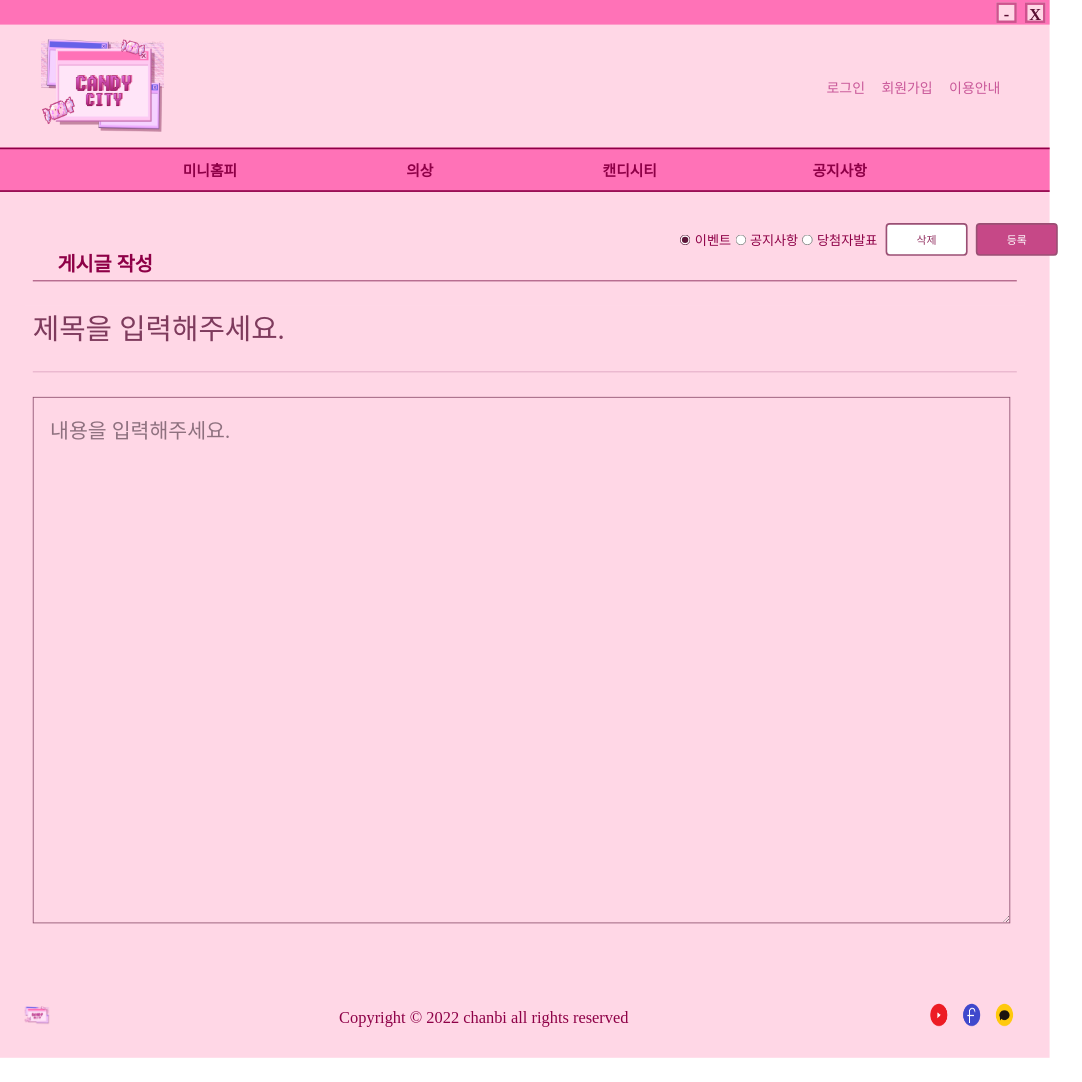
Repository: chanbiM/candyCityProject
Page: http://localhost/CandyCityProj/admin/noticeInsert.jsp
An editor plug-in stored every save of this project. The page is shown before and after the next save, followed by the edit.
The browser window is 1280 px wide. The page is 1320 px wide, so the pictures cover 1320 px, including what lies to the right of the window. The pictures show the whole page, at 82% of full size.
Some web fonts or font styles are not loaded; a fallback is used. The page is served by Tomcat 9. Other server files are loaded and not shown.

Above is the page before, as saved 2022-11-18 13:12:50.

### CandyCityProj/WebContent/admin/noticeInsert.jsp
<%@ page language="java" contentType="text/html; charset=UTF-8"
    pageEncoding="UTF-8"%>
<%@ include file="/header.jsp" %>
<link rel="stylesheet" href="/css/postStyle.css">
        <!-- 게시글 작성-->
        <br>
        <form action="/postInsert" method="get">
            <div class="top">
                <h2>게시글 작성</h2>

                <div class="right">
                    <ul>
                        <li>
                            <input type="radio" value="E" name="type" checked> 이벤트
                            <input type="radio" value="N" name="type" > 공지사항
                            <input type="radio" value="R" name="type" > 당첨자발표
                        </li>
                        <li>
                            <input type="reset" value="삭제">

                        </li>
                        <li>
                            <input type="submit" value="등록">
                        </li>
                    </ul>
                </div>

            </div>
            <hr>
            <input type="text" placeholder="제목을 입력해주세요." name="title">
            <br>
            <hr class="title-line">

            <textarea placeholder="내용을 입력해주세요." name="contents"></textarea>
        </form>
<%@ include file="/footer.jsp" %>

### CandyCityProj/WebContent/header.jsp
<%@page import="vo.MemberVO"%>
<%@ page language="java" contentType="text/html; charset=UTF-8"
	pageEncoding="UTF-8"%>
<!DOCTYPE html>
<html>
<head>
<meta charset="UTF-8">
<title>Candy City</title>
<link rel="stylesheet" href="/css/mainStyle.css">
<script src="/js/jquery-3.1.1.min.js"></script>
</head>
<body>
	<div class="wrapper">
		<!-- 창 바 -->
		<div class="window">
			<button class="widow_btn" id="-_btn">-</button>
			<button class="widow_btn" id="x_btn">X</button>
		</div>

		<header>
			<!-- 로고 -->
			<div class="logo">
				<a href="/index.jsp"><img alt="로고" src="/images/logo.png"></a>
			</div>

			<!-- 기타 메뉴바 -->
			<div class="minimenu">

				<ul>
					<%
						MemberVO vo = (MemberVO) session.getAttribute("loginOK");
						if (vo == null) {
					%>
					<li><a href="/member/login.jsp">로그인</a></li>
					<li><a href="/member/insertMember.jsp">회원가입</a></li>
					<li><a href="#">이용안내</a></li>
					<%
						} else {
					%>
					<li><a href="/member/myPage.jsp"><%=vo.getName()%>님</a></li>
					<li><a href="/logout"> 로그아웃 </a></li>
					<li><a href="/member/myPage.jsp">마이페이지</a></li>
					<li><a href="#">이용안내</a></li>

					<%
						}
					%>
				</ul>

			</div>
		</header>

		<!-- 메뉴바 -->
		<nav>
			<ul class="mainmenu">
				<li><a href="/getHomepiList">미니홈피</a>
					<ul class="submenu">
					<%
						if (vo == null) {
					%>
						<li><a href="/member/login.jsp">내 미니홈피</a></li>
						<li><a href="/getHomepiList">미니홈피 목록</a></li>
					<%
						} else {
					%>

						<li><a href="/GetHomepi?id=<%= vo.getId() %>">내 미니홈피</a></li>
						<li><a href="/getHomepiList">미니홈피 목록</a></li>
					<%
						}
					%>
					</ul></li>

				<li><a href="/character/shop.jsp">의상</a>
					<ul class="submenu">
						<li><a href="/character/character_setting.jsp">내 의상</a></li>
						<li><a href="/character/shop.jsp">의상 상점</a></li>
					</ul></li>

				<li><a href="#">캔디시티</a>
					<ul class="submenu">
					</ul></li>

				<li><a href="#">공지사항</a>
					<ul class="submenu">
						<li><a href="#">이벤트</a></li>
						<li><a href="#">공지사항</a></li>
						<li><a href="#">당첨자 발표</a></li>
					</ul></li>

				<%
					MemberVO adminVo = (MemberVO) session.getAttribute("manager");
					if (adminVo != null) {
				%>
				<li><a href="/member/memberList_admin.jsp">관리자용 메뉴</a>
					<ul class="submenu">
						<li><a href="#">유저 리스트</a></li>
						<li><a href="#">문의글 확인</a></li>
						<li><a href="#">신고글 확인</a></li>
						<li><a href="#">공지사항/이벤트 작성</a></li>
						<li><a href="#">우편 보내기</a></li>
					</ul></li>
			<%
				}
			%>
			</ul>

		</nav>

### CandyCityProj/WebContent/footer.jsp
<%@ page language="java" contentType="text/html; charset=UTF-8"
    pageEncoding="UTF-8"%>
        <!-- 푸터 영역 -->
        <footer>
            <!-- 하단로고 -->
            <div>
                <a href="/index.jsp" class="logo">
                    <img src="/images/logo.png" alt="로고" >
                </a>
            </div>
            <!-- 카피라이트 -->
            <div class="copyright">
                <p> Copyright &copy; 2022 chanbi all rights reserved</p>
            </div>
            <!-- SNS -->
            <div>
                <ul class="sns">
                    <li><a href="https://www.youtube.com/@rorochanbi"><img src="/images/youtube.png" alt="유튜브" height="40"></a></li>
                    <li><a href="#"><img src="/images/facebook.png" alt="페이스북" height="40"></a></li>
                    <li><a href="https://open.kakao.com/o/s1olGebe"><img src="/images/kakao.png" alt="카카오톡" height="40"></a></li>
                </ul>
            </div>
        </footer>
    </div>
	<script src="/js/script.js"></script>
</body>
</html>

### CandyCityProj/WebContent/css/mainStyle.css
@font-face {
    font-family: 'DungGeunMo';
    src: url('https://cdn.jsdelivr.net/gh/projectnoonnu/noonfonts_six@1.2/DungGeunMo.woff') format('woff');
    font-weight: normal;
    font-style: normal;
}
* {
    margin: 0;
    padding: 0;
    list-style: none;
    text-decoration: none;
    color: rgb(19, 0, 1);
    font-family: 'DungGeunMo';
    color: #8e0047;
    -ms-user-select: none;
   -moz-user-select: -moz-none;
   -khtml-user-select: none;
   -webkit-user-select: none;
   user-select: none;
}

.wrapper {
    width: 1280px;
    min-height: 1100px;
    margin: 0 auto;
    background-color: rgb(255, 215, 230);
}

.window {
    width: 100%;
    height: 30px;
    display: flex;
    justify-content: flex-end;
    background-color: #FF72B7;
    align-items: center;
}
.widow_btn {
    width: 25px;
    height: 25px;
    margin: 5px;
    color: #580e32;
    font-weight: bold;
    font-size: 20px;
    background-color: rgb(255, 215, 230);
    border: 3px solid #ce528e;
}

.widow_btn:hover {
    background-color: rgb(203, 164, 178);
    border: 3px solid #953c67;
    cursor: pointer;
    text-align: center;
}

.logo > a {
    display: flex;
}

.logo > a > img {
    width: 150px;
    height: 120px;
    margin: 50px;
    margin-top: 15px;
}

header {
    width: 100%;
    height: 150px;
    display: flex;
    justify-content: space-between;
}

.minimenu {
    width: 1000px;
    display: flex;
    font-size: 17px;
    align-items: center;
    margin-right: 50px;
    justify-content: flex-end;
}

.minimenu ul{
    display: flex;
}

.minimenu ul li {
    margin: 10px;
}

.minimenu ul li:hover {
    font-weight: bold;
}

/*.minimenu ul {
    width: 100%;
    display: flex;
    justify-content: space-evenly;
}*/

.minimenu ul li a{
	color: #c95899;
}

.mainmenu {
    /* 메뉴 요소 4개 가로정렬 */
    width: 1280px;
    display: flex;

    /* 중앙정렬 */
    text-align: center;
    align-items: center;
    justify-content: center;

    background-color: #FF72B7;
    border-top: 2px #8e0047 solid;
    border-bottom: 2px #8e0047 solid;
    position:relative;

}

.mainmenu li {
    width: 20%;
    height: 50px;
}

.mainmenu a {
    display: flex;
    justify-content: center;
    align-items: center;
    width: 100%;
    height: 100%;
    font-size: 18px;
    font-weight: 600;

    /* 하이라이팅 줄때 애니메이션을 줄 시간과 속성들 */
    transition: background-color 1s, color 1s;
}
/* :hover -> 마우스를 위에 올려 놓을때 적용할 스타일*/
.mainmenu a:hover {
    background-color: #aa4a78;
    color: white;
}


.mainmenu .submenu {
    /* 부모의 면적 + 다른 요소에 영향을 주지 않음 -> 다른 요소에 독립적*/
    position: absolute;
    /* 맨 앞으로 가져오기*/
    z-index: 100;
	width: 20%;

    background-color: #FF72B7;
    color: white;

    /* 기본적으로는 가려짐. 나중에 js로 호버될때 해제되도록 해줄 것 */
    display: none;
}

.submenu li {
    width: 100%;
}
.submenu a:hover {
    background-color: rgb(254, 207, 228);
    color: rgb(70, 19, 30);
}

#slide {
    width: 100%;
    height: 300px;
    position: relative;
    overflow: hidden;
}
#slide>ul>li>a>img {
    position: absolute;
    width: 100%;
    top: 0;
    left: -100%;
    opacity: 0;
}

#slide >ul>li>a>img:first-child {
    left: 0;
    opacity: 1;
}

#slide ul {
    /* 다른 요소에 관여받지 않고 #slide 기준으로 움직이도록*/
    position: absolute;
    top: 0;
    left: 0;

    width: 100%;


}

/* 섹션 */

section {
    display: flex;
    height: 350px;
    overflow: hidden;
    margin: 20px;
}

section > div {
    flex: 1;
    max-width: 50%;

    padding: 10px;
}

/* 컨텐츠 탭 */
.tab {
    display: flex;
}

/* 활성화 된 탭 추가 효과 */
.tab .active {
    background-color: #FF72B7;
}
.tab .active a{
    color: white;
}


.tab div {
    padding: 7px;
    border: 1px solid #800040;
    /* content, tab이 보더가 곂치므로 한쪽 없애주기 */
    border-bottom: none;
}

#content_container .content {
    padding: 7px;
    border: 1px solid #800040;

    /* 일정 크기 이상으로 글자가 나오는걸 방지 */
    max-width: 600px;
    height: 200px;
}

/* 각 요소들의 글자가 넘쳐날 경우 .... 처리*/
#post li {
    overflow: hidden;
    text-overflow:ellipsis;
    white-space: nowrap;
    line-height: 25px;


    border-bottom: 1px solid #800040;
}

/* 갤러리 */
/* 기본적으로 활성화 된게 공지사항이므로 갤러리 컨텐츠는 가리기 */
#event {
    display: none;
}

#event li{
    overflow: hidden;
    text-overflow:ellipsis;
    white-space: nowrap;
    line-height: 25px;


    border-bottom: 1px solid #800040;
}

#ranking {
	margin-top: 2px;
}
#ranking ul, #ranking li{
    width: 95%;
}

#ranking ul {
	border: 2px solid #800040;

	padding: 10px;
	height: 195px;


}
#ranking li {
    /* 버튼별 간격 */
    margin-bottom: 15px;
    width: 96%;


    /* 버튼 내부 간격 */
    padding: 7px;
    text-align: center;
    background-color: #e366b1;
    text-align: left;
    color: #8e0047;
}

#ranking h4 {
	background-color: #FF72B7;
	color: white;

	font-weight: normal;
	border: 2px solid #800040;
	width: 130px;
	padding: 5px;
	overflow: hidden;
	text-align: center;
	border-bottom: none;
}
#ranking a {
    color: white;
    margin-left: 5px;
}

/* 푸터 */

footer {
    /* 가로 정렬 */
    display: flex;

    /* 3가지 요소들 가로 간격 */
    justify-content: space-between;
    /* 세로 중앙 정렬*/
    align-items: center;

    width: 100%;
    height: 100px;
    margin: 30px;
}

.sns {
    display: flex;
    margin-right: 70px;
}

/* sns 아이콘별 간격 */
.sns li {
    margin-left: 10px;
}

footer img {
    width: 30px;
}


.copyright {
	font-size: 20px;
}

.info {
	width: 100%;
	margin-left: 20px;
	height: 700px;
}

.infoText {
	width: 300px;
	height: 30px;
	font-size: 23px;
	border: 0px;
	background-color: #ffeaf3;
	text-align: center;
}

.info th {
	width: 250px;
	margin: 5px;
	font-size: 30px;
}

.info td {
	width: 300px;
	margin: 10px;
	font-size: 25px;
	text-align: center;
}

.updatebtn {
	border: 0px;
	background-color: rgb(255, 215, 230);
	font-size: 25px;

}

input:focus {outline: none;}

hr {
	margin: 30px;
	width: 90%;
	margin: auto;

	height : 1px;
    border: 0;
	background-color : #811b4e;

}

h2 {
	margin: 30px;
}

/* 팝업의 배경 */
.popup_back {
    /* 기본적으로 가려짐 */
    display: none;

    /* 사이트 내용의 면적을 무시하고 배치*/
    position: absolute;
    top: 0;
    left: 0;

    /* 창 전체 가로 세로 채우기*/
    width: 100%;
    height: 100%;

    /* 검정색 배경(0,0,0,)에서 0.8로 투명도 설정*/
    background: rgba(0,0,0,0.3);
    position: fixed;

}

/* 팝업 본체 */
.popup{
    position: relative;

    /* 팝업 창의 가로 세로*/
    width:500px;
    height:300px;

    /* 배경 면적의 top 50%, left 50% 위치로 이동 */
    top:50%;
    left:50%;
    /* 중앙 배치를 위해 팝업의 가로 세로의 절반 크기 만큼 옮기기*/
    margin-top: -100px;
    margin-left:-200px;

    background:#fff;
    padding: 20px;
}


/* 팝업 버튼 */
.popup_close {
    position: absolute;
    padding: 5px;

    /* 팝업의 아래쪽부터 20px, 오른쪽으로부터 20px */
    right: 20px;
    bottom: 20px;
    background-color: #FF72B7;
    border: 2px solid #ea0075;
}
.popup_close:hover {
	background-color: #f14b9a;
    border: 2px solid #aa0055;
    cursor: pointer;
}

.pwdUpdateBtn {
	position: absolute;
    padding: 5px;

    /* 팝업의 아래쪽부터 20px, 오른쪽으로부터 20px */
    right: 100px;
    bottom: 20px;
    background-color: #FF72B7;
    border: 2px solid #ea0075;
}

.pwdUpdateBtn:hover {
	background-color: #f14b9a;
    border: 2px solid #aa0055;
    cursor: pointer;
}

/* 팝업의 배경 */
.popup_back_del {
    /* 기본적으로 가려짐 */
    display: none;

    /* 사이트 내용의 면적을 무시하고 배치*/
    position: absolute;
    top: 0;
    left: 0;

    /* 창 전체 가로 세로 채우기*/
    width: 100%;
    height: 100%;

    /* 검정색 배경(0,0,0,)에서 0.8로 투명도 설정*/
    background: rgba(0,0,0,0.3);
    position: fixed;

}

/* 팝업 본체 */
.popup_del{
    position: relative;

    /* 팝업 창의 가로 세로*/
    width:500px;
    height:300px;

    /* 배경 면적의 top 50%, left 50% 위치로 이동 */
    top:50%;
    left:50%;
    /* 중앙 배치를 위해 팝업의 가로 세로의 절반 크기 만큼 옮기기*/
    margin-top: -100px;
    margin-left:-200px;

    background:#fff;
    padding: 20px;
}

### CandyCityProj/WebContent/css/postStyle.css
body {
    -ms-overflow-style: none;
}

body::-webkit-scrollbar {
    display: none;
}

.top {
    width: 100%;
    display: flex;
    height: 50px;
    margin: 20px;
    margin-left: 40px;
}

h2 {
    width: 200px;
}

.right {
    width: 1000px;
}
.right ul {
    display: flex;
    justify-content: right;
}

.right ul li {
    display: flex;
    justify-content: right;
    margin-right: 10px;
    align-items: center;
}

input[type="radio"] {
    accent-color:#5d1639;
    margin: 5px;
}

input[type="text"]{
  width: 1200px;
  margin: 20px;
  margin-top: 30px;
  height: 40px;
  padding: 10px;
  margin-left: 30px;

  font-size: 35px;
  /*border: #811b4e 2px solid;*/
  border: 0px;
  background-color: rgb(255, 215, 230);
}

input::placeholder {
    color: #7e3b5d;
}

hr {
    width: 1200px;
    text-align: center;
    margin: auto;

	height : 1px;
    border: 0;
	background-color : #811b4e;
}
.title-line {
    background-color : #dba2bf;
}
input:focus {outline: none;}

textarea {
    margin: 30px;
    margin-left: 40px;
    width: 1150px;
    height: 600px;
    background-color : rgb(255, 215, 230);
    padding: 20px;
    font-size: 25px;
    border: #8a4c6b 1px solid;
}

textarea::placeholder {
    color: #8e717f;
}

textarea:focus {
    outline: none;
}

input[type="submit"] {
    background-color: #c64887;
    width: 100px;
    height: 40px;
    color: #ffffff;
    border: 2px #9a4f74 solid;
    border-radius: 5px;
}

input[type="reset"] {
    background-color: #ffffff;
    width: 100px;
    height: 40px;
    color: #943464;
    border: 2px #9a4f74 solid;
    border-radius: 5px;
}

input[type="submit"]:hover {
    background-color: #943464;
    color: #d5c8c8;
    cursor: pointer;
    transition: background-color 0.2s, color 0.2s;
}

input[type="reset"]:hover {
    background-color: #c0abb5;
    color: rgb(117, 59, 88);
    cursor: pointer;
    transition: background-color 0.2s, color 0.2s;
}

select {
    width: 150px;
    height: 40px;
    background-color: rgb(255, 215, 230);
    border: 1px solid #9a4f74;
    padding: 5px;
}

### CandyCityProj/WebContent/js/script.js
var slide = $("#slide>ul>li>a>img");
var sno = 0;
var eno = slide.length - 1;

var timer = setInterval("autoslide()", 3000);

function autoslide() {
    $(slide[sno]).stop().animate({
      left: "100%", opacity: 0
    }, 1000, function() {
        $(this).css({left: "-100%"});
    });
    sno++;
    if(sno > eno){
        sno = 0;
    }
    $(slide[sno]).stop().animate({
        left: "0", opacity: 1
    }, 1000);
}

$(".slide").hover(
    function() {
        clearInterval(timer)
    },
    function(){
        timer=setInterval("autoslide()", 3000);
    }
);

/*
    탭 구현
*/

$("#post_tab").click(function(){
    $(".tab > div").removeClass("active")
    $("#post_tab").addClass("active")

    $("#event").hide();
    $("#post").show();
})

$("#event_tab").click(function(){
    $(".tab > div").removeClass("active")
    $("#event_tab").addClass("active")

    $("#post").hide();
    $("#event").show();
})

/*
    메뉴 관련 이벤트 설정
*/



$(".mainmenu > li").mouseover(function (){
     $(this).children(".submenu").stop().slideDown();
 })

$(".mainmenu > li").mouseleave(function (){ // 마우스가 떠나면
    $(".submenu").stop().slideUp(); // slideUp = 올라가는 애니메이션
})


// 비밀번호 변경 팝업
$(".open_popup").click(function(){
    $(".popup_back").show()
})

// 팝업의 '닫기' 버튼 클릭시
$(".popup_close").click(function(){
    $(".popup_back").hide()
})

//탈퇴 팝업
$(".open_popup_del").click(function(){
    $(".popup_back_del").show()
})

// 팝업의 '닫기' 버튼 클릭시
$(".popup_close").click(function(){
    $(".popup_back_del").hide()
})

Loaded but not shown: CandyCityProj/WebContent/js/jquery-3.1.1.min.js (library)

After the next save:
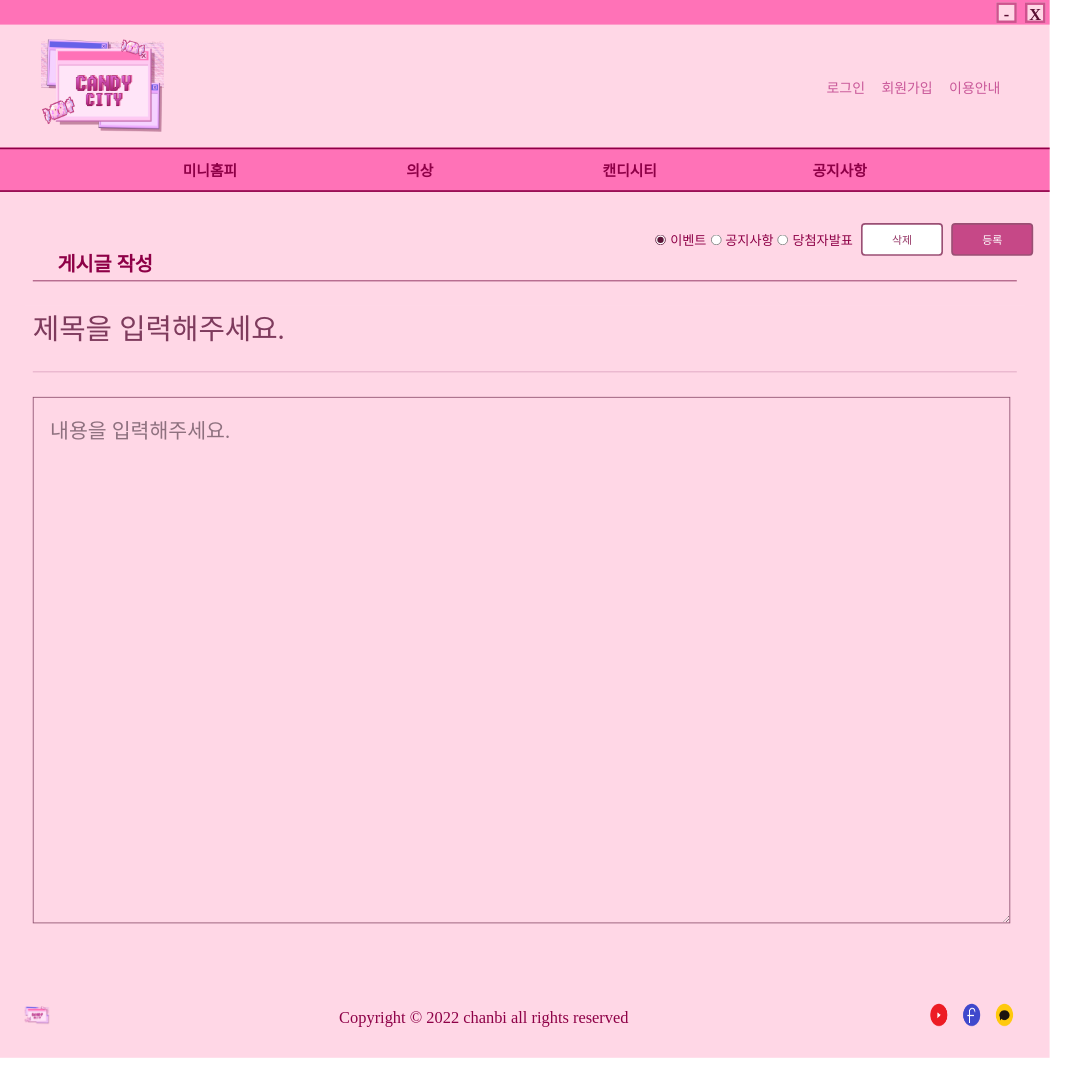
Saved 23 s later.
--- a/CandyCityProj/WebContent/css/postStyle.css
+++ b/CandyCityProj/WebContent/css/postStyle.css
@@ -20,6 +20,7 @@
 
 .right {
     width: 1000px;
+    margin-right: 50px;
 }
 .right ul {
     display: flex;

After the save that followed:
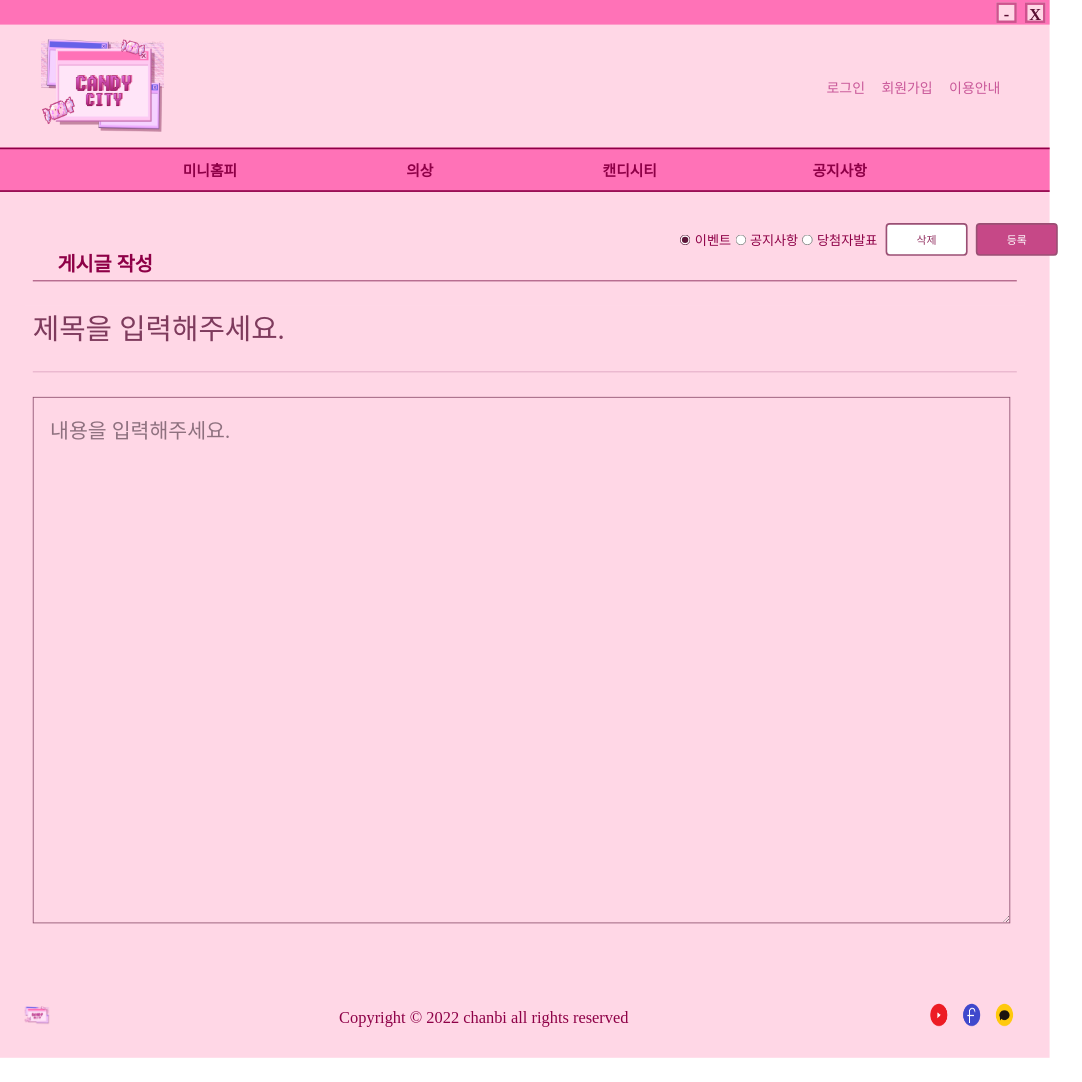
Saved 24 s later.
--- a/CandyCityProj/WebContent/css/postStyle.css
+++ b/CandyCityProj/WebContent/css/postStyle.css
@@ -20,7 +20,7 @@
 
 .right {
     width: 1000px;
-    margin-right: 50px;
+
 }
 .right ul {
     display: flex;
